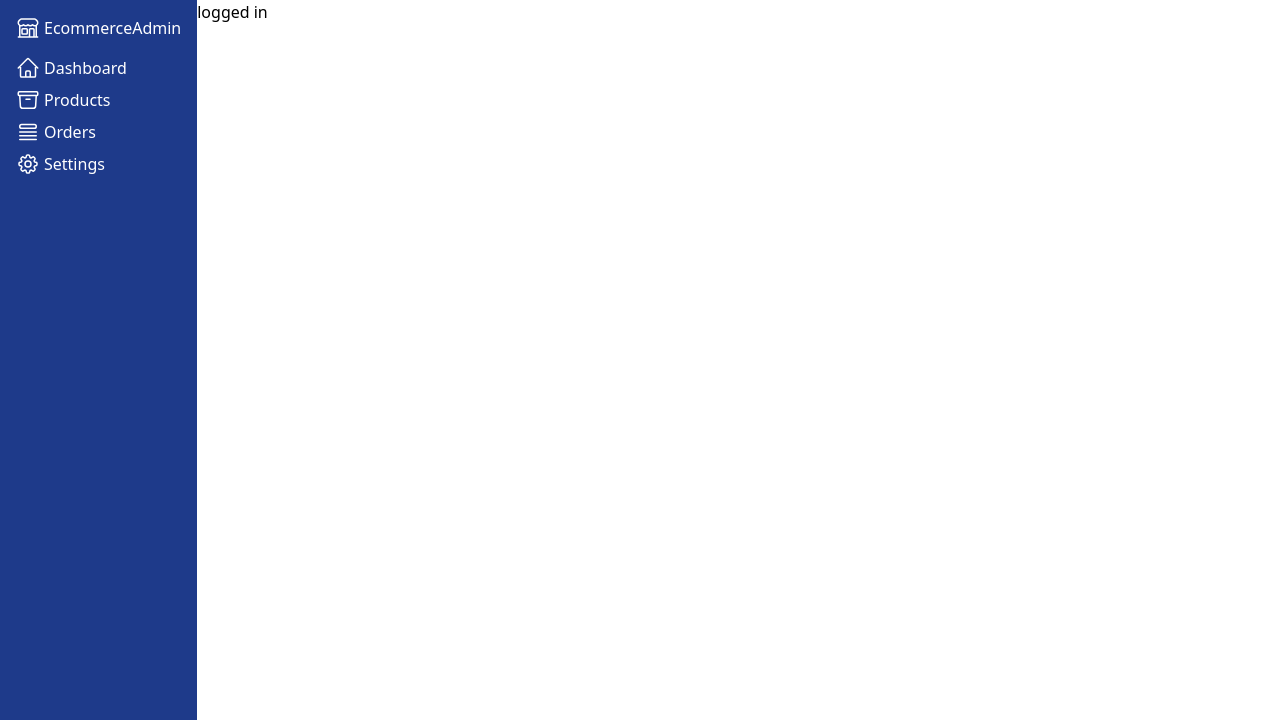
Repository: xoshiraghavx/CRUDS
Page: /
An editor plug-in stored every save of this project. The page is shown before and after the next save, followed by the edit.
The browser window is 1280 px wide. The pictures show the whole page.
The page's requests for data from a server got no answer. The project was rebuilt for these pictures with package versions that can differ from the ones it lists, and the page was loaded fresh each time. The framework's server and built-in components were replaced by stand-ins that run in the browser. No one was signed in, and anything a server would have sent is missing. Also part of the build but not shown: next.config.mjs.

Above is the page before, as saved 2024-02-22 19:40:09.

### pages/_app.js
import "@/styles/globals.css";


import { SessionProvider } from "next-auth/react"

export default function App({
  Component, pageProps: { session, ...pageProps }

}) {
  return (
    <SessionProvider session={session}>
      <Component {...pageProps}/>
    </SessionProvider>
  )
}

### pages/index.js
import Nav from "@/components/Nav";
import { useSession, signIn, signOut } from "next-auth/react"

export default function Home() {
  const { data: session } = useSession();
  // if(!session){
  //   return(
  //     <div className="bg-blue-900 w-screen h-screen flex items-center">
  //     <div className="text-center w-full">
  //     <button onClick={()=> signIn('google')}  className="bg-white p-2 px-4 rounded-lg">Login with Google</button>
  //     </div>
  //   </div>
  //   )
  // }
  return (
    <div className="bg-blue-900 min-h-screen flex">
      <Nav />
    <div className="bg-white flex-grow mt-">logged in
      {/* {session.user.email} */}
      </div>
    </div>
  );
}

### components/Nav.js
import Link from 'next/link'
import React from 'react'

const Nav = () => {
  return (
    <aside className='text-white p-4'>
        <Link href={'/'} className='flex gap-1 mb-4'>
        <svg xmlns="http://www.w3.org/2000/svg" fill="none" viewBox="0 0 24 24" strokeWidth={1.5} stroke="currentColor" className="w-6 h-6">
            <path strokeLinecap="round" strokeLinejoin="round" d="M13.5 21v-7.5a.75.75 0 0 1 .75-.75h3a.75.75 0 0 1 .75.75V21m-4.5 0H2.36m11.14 0H18m0 0h3.64m-1.39 0V9.349M3.75 21V9.349m0 0a3.001 3.001 0 0 0 3.75-.615A2.993 2.993 0 0 0 9.75 9.75c.896 0 1.7-.393 2.25-1.016a2.993 2.993 0 0 0 2.25 1.016c.896 0 1.7-.393 2.25-1.015a3.001 3.001 0 0 0 3.75.614m-16.5 0a3.004 3.004 0 0 1-.621-4.72l1.189-1.19A1.5 1.5 0 0 1 5.378 3h13.243a1.5 1.5 0 0 1 1.06.44l1.19 1.189a3 3 0 0 1-.621 4.72M6.75 18h3.75a.75.75 0 0 0 .75-.75V13.5a.75.75 0 0 0-.75-.75H6.75a.75.75 0 0 0-.75.75v3.75c0 .414.336.75.75.75Z" />
        </svg>
        <span className=''>
            EcommerceAdmin
        </span>
        </Link>
        <nav className='flex flex-col gap-2'>
            <Link href={'/'} className='flex gap-1'>
            <svg xmlns="http://www.w3.org/2000/svg" fill="none" viewBox="0 0 24 24" strokeWidth={1.5} stroke="currentColor" className="w-6 h-6">
                <path strokeLinecap="round" strokeLinejoin="round" d="m2.25 12 8.954-8.955c.44-.439 1.152-.439 1.591 0L21.75 12M4.5 9.75v10.125c0 .621.504 1.125 1.125 1.125H9.75v-4.875c0-.621.504-1.125 1.125-1.125h2.25c.621 0 1.125.504 1.125 1.125V21h4.125c.621 0 1.125-.504 1.125-1.125V9.75M8.25 21h8.25" />
            </svg>
                Dashboard
            </Link>
            <Link href={'/'} className='flex gap-1'>
            <svg xmlns="http://www.w3.org/2000/svg" fill="none" viewBox="0 0 24 24" strokeWidth={1.5} stroke="currentColor" className="w-6 h-6">
                <path strokeLinecap="round" strokeLinejoin="round" d="m20.25 7.5-.625 10.632a2.25 2.25 0 0 1-2.247 2.118H6.622a2.25 2.25 0 0 1-2.247-2.118L3.75 7.5M10 11.25h4M3.375 7.5h17.25c.621 0 1.125-.504 1.125-1.125v-1.5c0-.621-.504-1.125-1.125-1.125H3.375c-.621 0-1.125.504-1.125 1.125v1.5c0 .621.504 1.125 1.125 1.125Z" />
            </svg>
                Products
            </Link>
            <Link href={'/'} className='flex gap-1'>
            <svg xmlns="http://www.w3.org/2000/svg" fill="none" viewBox="0 0 24 24" strokeWidth={1.5} stroke="currentColor" className="w-6 h-6">
                <path strokeLinecap="round" strokeLinejoin="round" d="M3.75 12h16.5m-16.5 3.75h16.5M3.75 19.5h16.5M5.625 4.5h12.75a1.875 1.875 0 0 1 0 3.75H5.625a1.875 1.875 0 0 1 0-3.75Z" />
            </svg>
                Orders
            </Link>
            <Link href={'/'} className='flex gap-1'>
            <svg xmlns="http://www.w3.org/2000/svg" fill="none" viewBox="0 0 24 24" strokeWidth={1.5} stroke="currentColor" className="w-6 h-6">
                <path strokeLinecap="round" strokeLinejoin="round" d="M10.343 3.94c.09-.542.56-.94 1.11-.94h1.093c.55 0 1.02.398 1.11.94l.149.894c.07.424.384.764.78.93.398.164.855.142 1.205-.108l.737-.527a1.125 1.125 0 0 1 1.45.12l.773.774c.39.389.44 1.002.12 1.45l-.527.737c-.25.35-.272.806-.107 1.204.165.397.505.71.93.78l.893.15c.543.09.94.559.94 1.109v1.094c0 .55-.397 1.02-.94 1.11l-.894.149c-.424.07-.764.383-.929.78-.165.398-.143.854.107 1.204l.527.738c.32.447.269 1.06-.12 1.45l-.774.773a1.125 1.125 0 0 1-1.449.12l-.738-.527c-.35-.25-.806-.272-1.203-.107-.398.165-.71.505-.781.929l-.149.894c-.09.542-.56.94-1.11.94h-1.094c-.55 0-1.019-.398-1.11-.94l-.148-.894c-.071-.424-.384-.764-.781-.93-.398-.164-.854-.142-1.204.108l-.738.527c-.447.32-1.06.269-1.45-.12l-.773-.774a1.125 1.125 0 0 1-.12-1.45l.527-.737c.25-.35.272-.806.108-1.204-.165-.397-.506-.71-.93-.78l-.894-.15c-.542-.09-.94-.56-.94-1.109v-1.094c0-.55.398-1.02.94-1.11l.894-.149c.424-.07.765-.383.93-.78.165-.398.143-.854-.108-1.204l-.526-.738a1.125 1.125 0 0 1 .12-1.45l.773-.773a1.125 1.125 0 0 1 1.45-.12l.737.527c.35.25.807.272 1.204.107.397-.165.71-.505.78-.929l.15-.894Z" />
                <path strokeLinecap="round" strokeLinejoin="round" d="M15 12a3 3 0 1 1-6 0 3 3 0 0 1 6 0Z" />
                </svg>
                Settings
            </Link>
        </nav>
    </aside>
  )
}

export default Nav

Loaded but not shown: pages/_document.js (common file); styles/globals.css (common file); tailwind.config.js (common file)

After the next save:
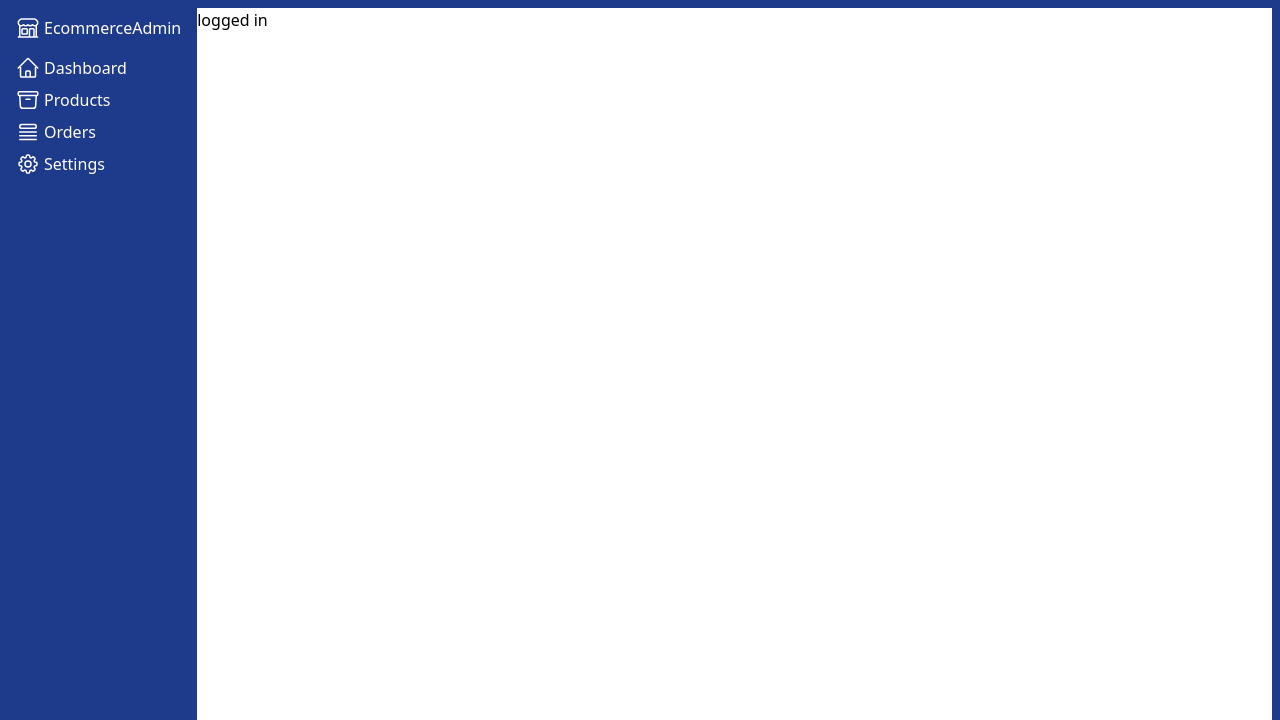
Saved 4 s later.
--- a/pages/index.js
+++ b/pages/index.js
@@ -15,7 +15,7 @@ export default function Home() {
   return (
     <div className="bg-blue-900 min-h-screen flex">
       <Nav />
-    <div className="bg-white flex-grow mt-">logged in
+    <div className="bg-white flex-grow mt-2 mr-2">logged in
       {/* {session.user.email} */}
       </div>
     </div>
